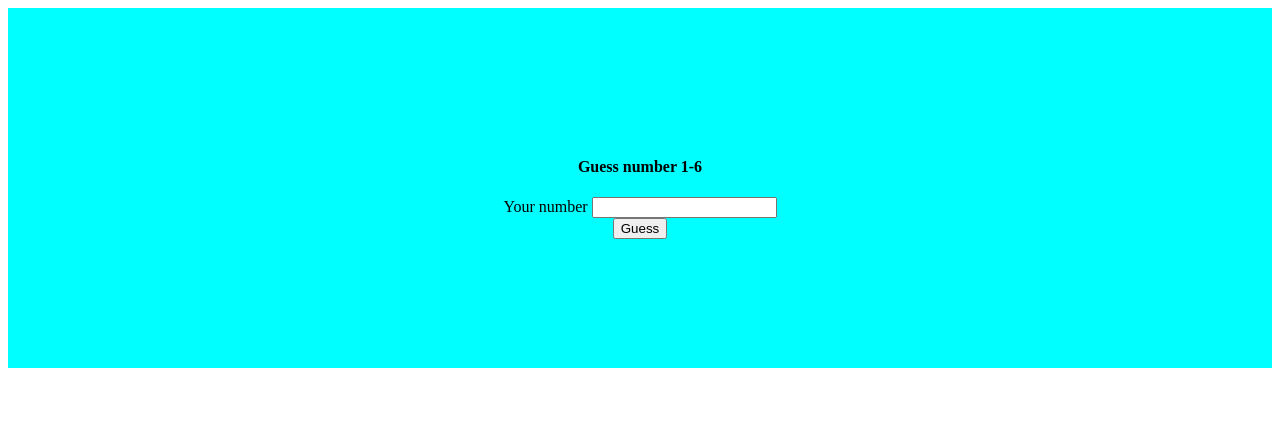
Repository: Ironicmanx/HTMLFILES
Page: Javascript/guessNumber/guess.html
These files come from the project's save history. The page is drawn as it stood at one moment and after the next save; the edit follows.
The browser window is 1280 px wide. The pictures show the whole page.

Above is the page before, as saved 2024-02-05 20:15:10.

### Javascript/guessNumber/guess.html
<!DOCTYPE html>
<html lang="fi">
<head>
    <meta charset="UTF-8">
    <meta name="viewport" content="width=device-width, initial-scale=1.0">
    <title>Guess</title>
    <link rel="stylesheet" href="guess.css">
</head>
<body>
    <div id="container">
<h4>Guess number 1-6</h4>
<div>
<form>
<label>Your number</label>
<input type="number">
</form>
</div>
<div>
    <button type="button">Guess
</button>
</div>
</div>

    <script src="guess.js"></script>
</body>
</html>

### Javascript/guessNumber/guess.css

div#container{
    color: #000;
    background-color: aqua;
    height: 50vh;
    display: flex;
    flex-direction: column;
    justify-content: center;
    align-items: center;
}
div{
    text-align: center;
    margin: ;
}

Loaded but not shown: Javascript/guessNumber/guess.js (no stored copy; drawn as an empty file)

After the next save:
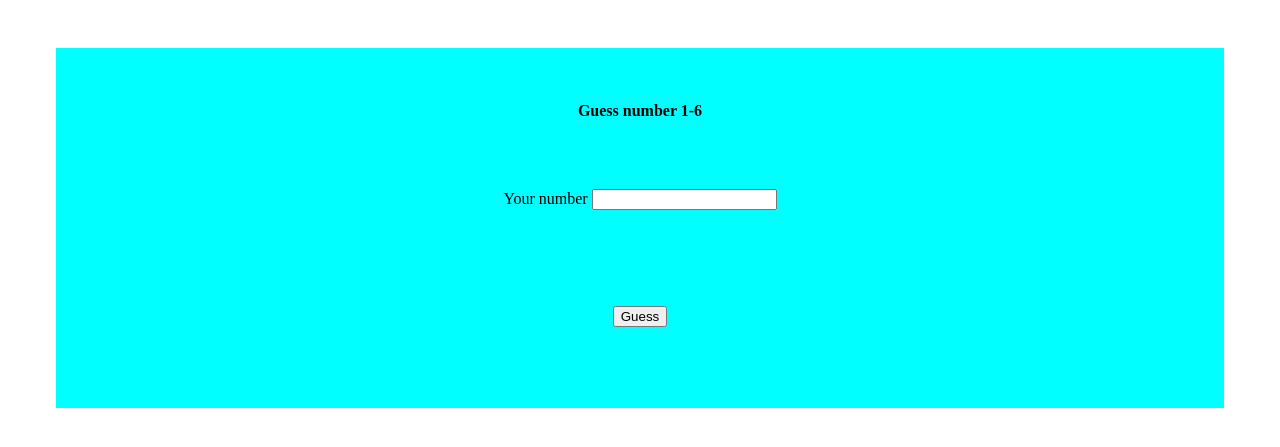
Saved 4 s later.
--- a/Javascript/guessNumber/guess.css
+++ b/Javascript/guessNumber/guess.css
@@ -10,5 +10,5 @@ div#container{
 }
 div{
     text-align: center;
-    margin: ;
+    margin: 3em;
 }
